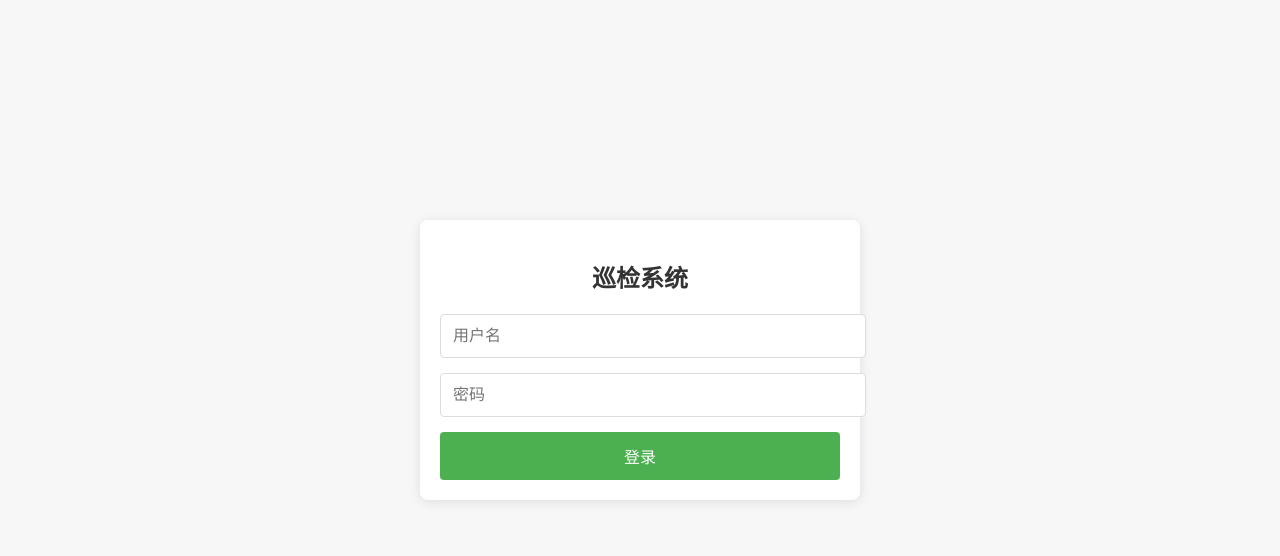
Repository: andyzheung/check-app
Page: / (app in App/web/)
These files come from the project's save history. The page is drawn as it stood at one moment and after the next save; the edit follows.
The browser window is 1280 px wide. The pictures show the whole page.
The project was rebuilt for these pictures with package versions that can differ from the ones it lists, and the page was loaded fresh each time. Also part of the build but not shown: App/web/vite.config.js, App/web/src/views/Home.vue, App/web/src/views/Scan.vue, App/web/src/views/Records.vue, App/web/src/views/Profile.vue.

Above is the page before, as saved 2025-05-11 19:00:37.

### App/web/index.html
<!DOCTYPE html>
<html lang="zh-CN">
<head>
  <meta charset="UTF-8" />
  <meta name="viewport" content="width=device-width, initial-scale=1.0" />
  <title>巡检系统</title>
</head>
<body>
  <div id="app"></div>
  <script type="module" src="/src/main.js"></script>
</body>
</html>

### App/web/src/main.js
import { createApp } from 'vue'
import App from './App.vue'
import router from './router'

const app = createApp(App)
app.use(router)
app.mount('#app')

### App/web/src/App.vue
<template>
  <router-view />
</template>

<script setup>
</script>

<style>
body {
  margin: 0;
  font-family: 'PingFang SC', 'Microsoft YaHei', Arial, sans-serif;
  background: #f7f7f7;
  -webkit-font-smoothing: antialiased;
  -moz-osx-font-smoothing: grayscale;
}

#app {
  width: 100%;
  height: 100vh;
}
</style>

### App/web/src/router.js
import { createRouter, createWebHashHistory } from 'vue-router'
import Login from './views/Login.vue'
import Home from './views/Home.vue'
import Scan from './views/Scan.vue'
import Records from './views/Records.vue'
import Profile from './views/Profile.vue'

const routes = [
  { path: '/', redirect: '/login' },
  { path: '/login', component: Login },
  { path: '/home', component: Home },
  { path: '/scan', component: Scan },
  { path: '/records', component: Records },
  { path: '/profile', component: Profile }
]

const router = createRouter({
  history: createWebHashHistory(),
  routes
})

export default router

### App/web/src/views/Login.vue
<template>
  <div class="login-page">
    <div class="login-box">
      <h2>巡检系统</h2>
      <div class="input-group">
        <input type="text" v-model="username" placeholder="用户名" />
      </div>
      <div class="input-group">
        <input type="password" v-model="password" placeholder="密码" />
      </div>
      <button class="login-btn" @click="handleLogin">登录</button>
    </div>
  </div>
</template>

<script setup>
import { ref } from 'vue'
import { useRouter } from 'vue-router'

const router = useRouter()
const username = ref('')
const password = ref('')

const handleLogin = () => {
  // TODO: 实现登录逻辑
  router.push('/home')
}
</script>

<style scoped>
.login-page {
  min-height: 100vh;
  display: flex;
  align-items: center;
  justify-content: center;
  background: #f7f7f7;
}

.login-box {
  width: 80%;
  max-width: 400px;
  padding: 20px;
  background: white;
  border-radius: 8px;
  box-shadow: 0 2px 12px rgba(0, 0, 0, 0.1);
}

h2 {
  text-align: center;
  color: #333;
  margin-bottom: 20px;
}

.input-group {
  margin-bottom: 15px;
}

input {
  width: 100%;
  padding: 12px;
  border: 1px solid #ddd;
  border-radius: 4px;
  font-size: 16px;
}

.login-btn {
  width: 100%;
  padding: 12px;
  background: #4CAF50;
  color: white;
  border: none;
  border-radius: 4px;
  font-size: 16px;
  cursor: pointer;
}

.login-btn:hover {
  background: #45a049;
}
</style>

After the next save:
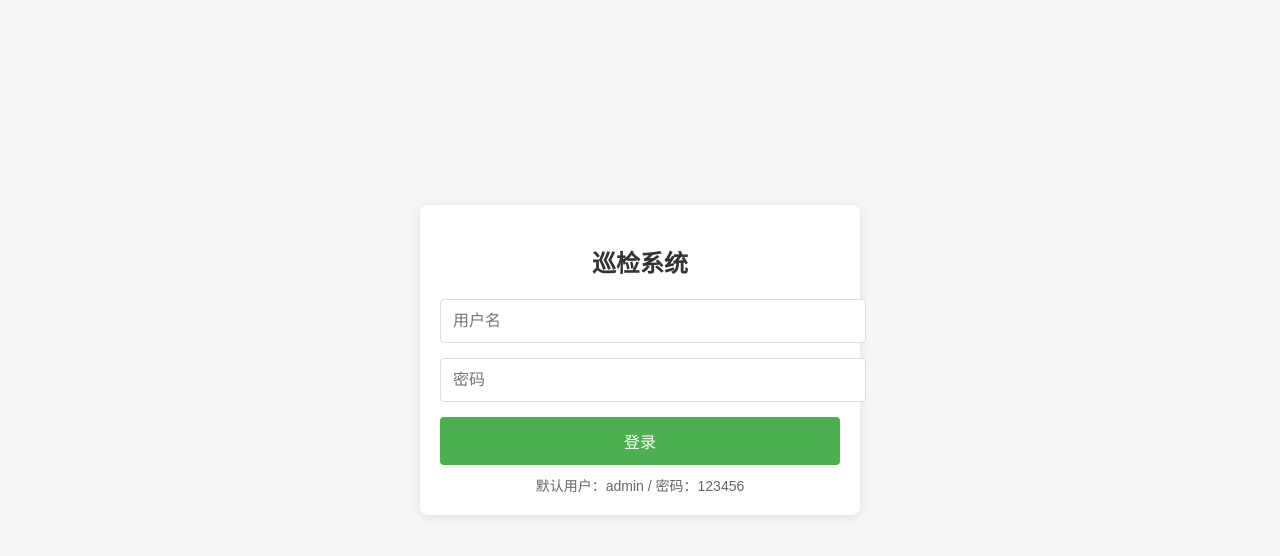
Saved 3 min 45 s later.
--- a/App/web/src/views/Login.vue
+++ b/App/web/src/views/Login.vue
@@ -9,6 +9,7 @@
         <input type="password" v-model="password" placeholder="密码" />
       </div>
       <button class="login-btn" @click="handleLogin">登录</button>
+      <p class="login-tip">默认用户：admin / 密码：123456</p>
     </div>
   </div>
 </template>
@@ -22,8 +23,17 @@ const username = ref('')
 const password = ref('')
 
 const handleLogin = () => {
-  // TODO: 实现登录逻辑
-  router.push('/home')
+  // 模拟登录验证
+  if (username.value === 'admin' && password.value === '123456') {
+    // 存储用户信息
+    localStorage.setItem('user', JSON.stringify({
+      username: username.value,
+      role: '管理员'
+    }))
+    router.push('/home')
+  } else {
+    alert('用户名或密码错误')
+  }
 }
 </script>
 
@@ -72,9 +82,17 @@ input {
   border-radius: 4px;
   font-size: 16px;
   cursor: pointer;
+  margin-bottom: 10px;
 }
 
 .login-btn:hover {
   background: #45a049;
 }
+
+.login-tip {
+  text-align: center;
+  color: #666;
+  font-size: 14px;
+  margin: 0;
+}
 </style>
